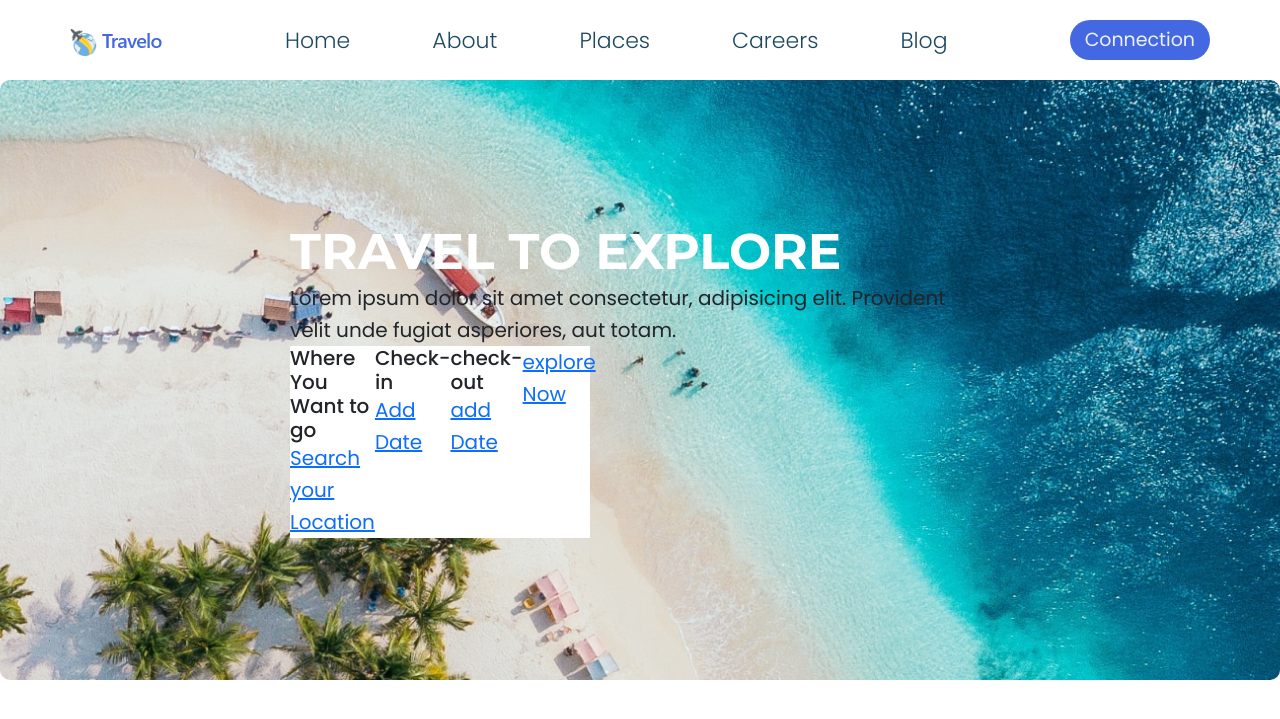
Repository: kuluong2000/travel
Page: index.html
These files come from the project's save history. The page is drawn as it stood at one moment and after the next save; the edit follows.
The browser window is 1280 px wide. The pictures show the whole page.
The style sheet was rebuilt from its Sass, Less or Tailwind sources for each picture, by a compiler version that may differ from the author's.

Above is the page before, as saved 2021-09-03 23:16:40.

### index.html
<!DOCTYPE html>
<html lang="en">
  <head>
    <meta charset="UTF-8" />
    <meta http-equiv="X-UA-Compatible" content="IE=edge" />
    <meta name="viewport" content="width=device-width, initial-scale=1.0" />
    <link rel="stylesheet" href="./libs/css/bootstrap.min.css" />
    <link rel="stylesheet" href="./libs/css/animate.css" />
    <link rel="stylesheet" href="./libs/css/slick-theme.css" />
    <link rel="stylesheet" href="./libs/css/slick.css" />
    <link rel="stylesheet" href="./assets/css/reset.css" />
    <link rel="stylesheet" href="./assets/css/style.css" />
    <link rel="stylesheet" href="./assets/css/responsive.css" />
    <title>Document</title>
  </head>
  <body>
    <header class="header">
      <div class="container">
        <div class="row">
          <div class="header__main">
            <div class="header__logo">
              <a href="/">
                <img src="./assets/image/logo.png" alt="" srcset="" />
              </a>
            </div>
            <div class="sub-menu">
              <div class="line1"></div>
              <div class="line2"></div>
              <div class="line3"></div>
            </div>
            <nav>
              <ul class="header__menu">
                <li class="header__menu__item">
                  <a class="header__mennu__item__link" href="/">Home</a>
                </li>
                <li class="header__menu__item">
                  <a class="header__mennu__item__link" href="/">About</a>
                </li>
                <li class="header__menu__item">
                  <a class="header__mennu__item__link" href="/">Places</a>
                </li>
                <li class="header__menu__item">
                  <a class="header__mennu__item__link" href="/">Careers</a>
                </li>
                <li class="header__menu__item">
                  <a class="header__mennu__item__link" href="/">Blog</a>
                </li>
              </ul>
            </nav>
            <a href="#" class="header__conn"> Connection </a>
          </div>
        </div>
      </div>
    </header>
    <main>
      <section class="banner">
        <div class="container">
          <div class="row">
            <div class="banner__main">
              <div class="banner__main__top">
                <h1 class="banner__main__title">Travel To explore</h1>
                <p class="banner__main__desc">
                  Lorem ipsum dolor sit amet consectetur, adipisicing elit.
                  Provident velit unde fugiat asperiores, aut totam.
                </p>
              </div>
              <div class="banner__main__bottom">
                <div class="banner__main_list">
                  <div class="banner__main__item">
                    <h4 class="banner__main__item__caption">
                      Where You Want to go
                    </h4>
                    <a href="/" class="banner__main__item__desc"
                      >Search your Location</a
                    >
                  </div>
                  <div class="banner__main__item">
                    <h4 class="banner__main__item__caption">Check-in</h4>
                    <a href="/" class="banner__main__item__desc">Add Date</a>
                  </div>
                  <div class="banner__main__item">
                    <h4 class="banner__main__item__caption">check-out</h4>
                    <a href="/" class="banner__main__item__desc">add Date</a>
                  </div>
                </div>
                <a href="/" class="banner__btn"> explore Now</a>
              </div>
            </div>
          </div>
        </div>
      </section>
    </main>

    <script src="./libs/Js/jquery-3.5.1.slim.min.js"></script>
    <script src="./libs/Js/bootstrap.min.js"></script>
    <script src="./libs/Js/slick.min.js"></script>
    <script src="./libs/Js/wow.js"></script>
    <script src="./assets/Js/main.js"></script>
  </body>
</html>

### assets/css/reset.css
html, body, div, span, applet, object, iframe,
h1, h2, h3, h4, h5, h6, p, blockquote, pre,
a, abbr, acronym, address, big, cite, code,
del, dfn, em, img, ins, kbd, q, s, samp,
small, strike, strong, sub, sup, tt, var,
b, u, i, center,
dl, dt, dd, ol, ul, li,
fieldset, form, label, legend,
table, caption, tbody, tfoot, thead, tr, th, td,
article, aside, canvas, details, embed,
figure, figcaption, footer, header, hgroup,
menu, nav, output, ruby, section, summary,
time, mark, audio, video {
	margin: 0;
	padding: 0;
	border: 0;
	font-size: 100%;
	vertical-align: baseline;
}
/* HTML5 display-role reset for older browsers */
article, aside, details, figcaption, figure,
footer, header, hgroup, menu, nav, section {
	display: block;
}
* {
	box-sizing: border-box;
}
body {
	line-height: 1;
  font-family: 'Muli', sans-serif;


  font-style: normal;
  font-weight: normal;
  font-size: 16px;
  line-height: 32px;
}
ol, ul {
	list-style: none;
}
blockquote, q {
	quotes: none;
}
blockquote:before, blockquote:after,
q:before, q:after {
	content: '';
	content: none;
}
table {
	border-collapse: collapse;
	border-spacing: 0;
}

img {
  max-width: 100%;
	vertical-align: bottom;
}
a {
	outline: none;
}

### assets/css/responsive.css

@media (min-width:1920px){
    .container{
        max-width: 1804px;
    }
}
@media (min-width:1400px) and (max-width:1919px){

}
@media (min-width:1200px) and (max-width:1399px){

}
@media (min-width:992px) and (max-width:1199px){
    .header__menu__item:not(:first-child) {
        margin-left: 65px;
    }
}
@media (min-width:768px) and (max-width:991px){
    .header__menu__item:not(:first-child) {
        margin-left: 25px;
    }
    .header__conn {

        font-size: 16px;
        padding: 3px 10px;
    }
}
@media  (max-width:767px){
    .container{
        max-width: 100%;

        margin:0 ;
    }

    .header__main {
        padding: 10px;
    }
    .header__menu {
        position: absolute;
        flex-direction: column;
        background: #1C4961;
        width: 100%;
        height: 100vh;
        left: 0;
        top: 50px;
        transition: 0.5s ;
        transform: translateX(-100%);
        justify-content: unset;
    }
    .header__menu.active{
        transform: translateX(0);
    }
    .header__mennu__item__link {
        color: white;;
    }
    .sub-menu{
        display: block;
        left: 60%;
        top: 50%;
        transform: translate(-50%,-50%);
    }
    .header__menu__item:not(:first-child) {
        margin-left: 0;
    }
    .header__menu__item{
        margin-top: 30px;
    }
    .header__conn {
        font-size: 14px;
        padding: 3px 10px;
    }
}

### assets/Js/main.js
const sub_menu = document.querySelector('.sub-menu');
const menu = document.querySelector('.header__menu');
sub_menu.addEventListener('click', ()=>{
    sub_menu.classList.toggle('active');;
    menu.classList.toggle('active');
})

### assets/sass/style.scss
@import "global";
@import "variable";
@import "header";
@import "banner";

### assets/sass/_global.scss
@import url('https://fonts.googleapis.com/css2?family=Montserrat:wght@300;400;500;600;700;800;900&family=Poppins:wght@300;400;500;600;700;800;900&display=swap');
*{
    padding: 0;
    margin: 0;
    box-sizing: border-box;
}
body{
    font-family: 'Poppins', sans-serif;
    line-height: 1.6;
    font-size: 20px;

}

### assets/sass/_variable.scss
$color-white:#FFFFFF;
$color-dark-blue:#1C4961;
$color-blue:#4468E2;
$color-light-blue:#E1E8F8;
$color-black:#000000;
$color-text:#163235;
$color-gray:#848484

### assets/sass/_header.scss
.header{
    position: relative;
    &__main{
        display:flex;
        justify-content: space-between;
        align-items: center;
        padding:20px 0

    }
    &__logo{
        display: inline-block;

    }
    &__menu{
        display:flex;
        justify-content: space-between;
        align-items: center;

    }
    &__menu__item:not(:first-child){
        margin-left: 82px;
    }
    &__mennu__item__link{
        text-decoration: none;
        color: $color-dark-blue;
        font-size: 22px;
        position: relative;
        font-weight: 300;
        transition: 0.5s;
        &::after{
            content: '';
            position: absolute;
            width: 100%;
            height: 2px;
            background-color: $color-blue;
            left: 0;
            bottom: 0;
            transition: 0.5s;
            transform: scale(0);
        }
        &:hover{
            color: $color-dark-blue;
            font-weight: 400;
        }
        &:hover::after{
            transform: scale(1);
        }
    }
    &__conn{
        text-decoration: none;
        background-color: $color-blue;
        color:rgba($color-white, $alpha: 0.9) ;
        font-size: 19px;
        border-radius: 25px;
        padding:5px 15px;
        transition: 0.5s;

        &:hover{
             color:rgba($color-white, $alpha: 1) ;
            background-color: $color-dark-blue;
        }
    }
}
.sub-menu{
    position: absolute;
    display: none;
}
.sub-menu div {
    cursor: pointer;
    width: 25px;
    height: 3px;
    background-color: $color-dark-blue;
    margin: 5px;
    transition: transform 0.5s linear;
}
.active .line1{
    transform:  rotate(-45deg) translate(-5px,6px);
}
.active .line2{
    opacity: 0;
}
.active .line3{
    transform: rotate(45deg) translate(-5px, -6px);
}

### assets/sass/_banner.scss
.banner{
    background: url(../image/banner.jpg) no-repeat center /  cover;
    min-height: 600px;
    border-radius: 10px;
    position: relative;

  &__main{
      position:absolute;
      width:max-content;
      top: 50%;
      left: 50%;
      transform: translate(-50%,-50%);
}
  &__main__top{
    max-width: 700px;

}
  &__main__title{
    font-size: 50px;
    font-family: 'Montserrat',sans-serif;
    font-weight: bold;
    text-transform: uppercase;
    color: white;
}
  &__main__desc{

}
  &__main__bottom{
    background-color: white;
    display: flex;
    width: 300px;

}
  &__main_list{
    display: flex;

}
  &__main__item{

}
  &__main__item__caption{

}
  &__main__item__desc{
    display: inline-block;
}
  &__btn{

}

}

Loaded but not shown: libs/css/bootstrap.min.css (library); libs/css/animate.css (library); libs/css/slick-theme.css (library); libs/css/slick.css (common file); libs/Js/jquery-3.5.1.slim.min.js (library); libs/Js/bootstrap.min.js (library); libs/Js/slick.min.js (library); libs/Js/wow.js (library)

After the next save:
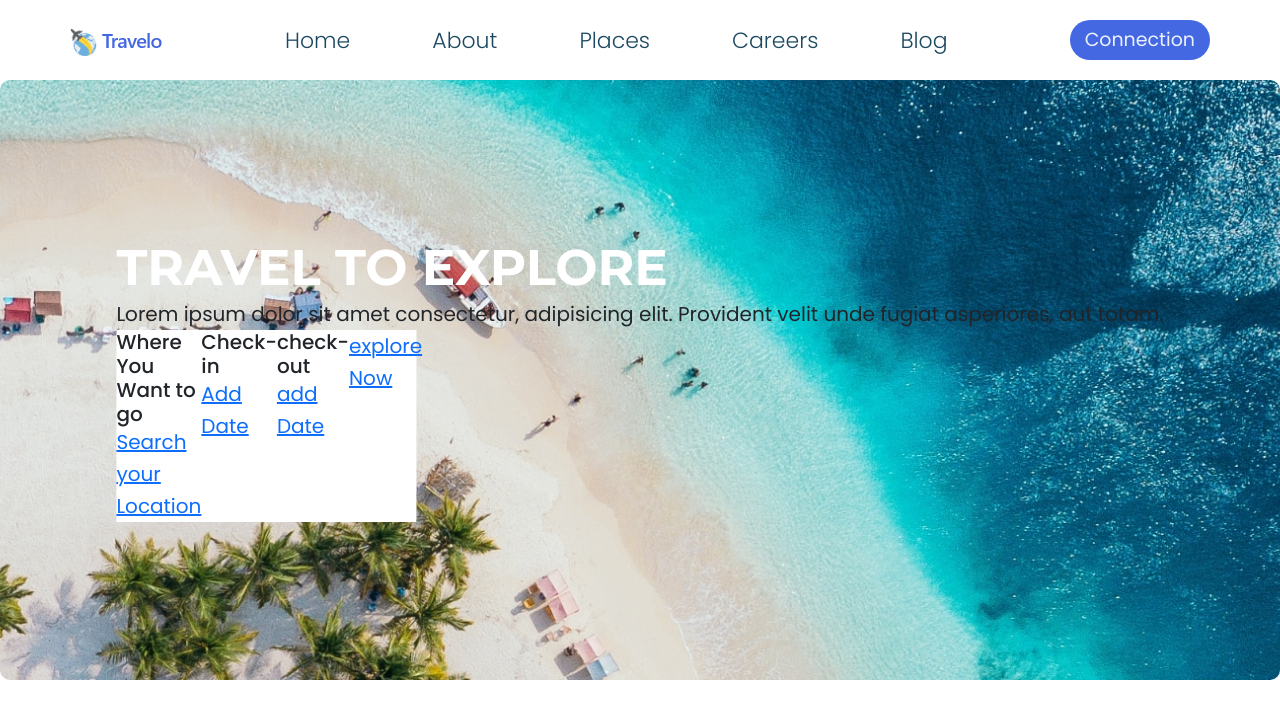
Saved 25 s later.
--- a/assets/sass/_banner.scss
+++ b/assets/sass/_banner.scss
@@ -12,7 +12,7 @@
       transform: translate(-50%,-50%);
 }
   &__main__top{
-    max-width: 700px;
+    max-width: max-content;
 
 }
   &__main__title{
